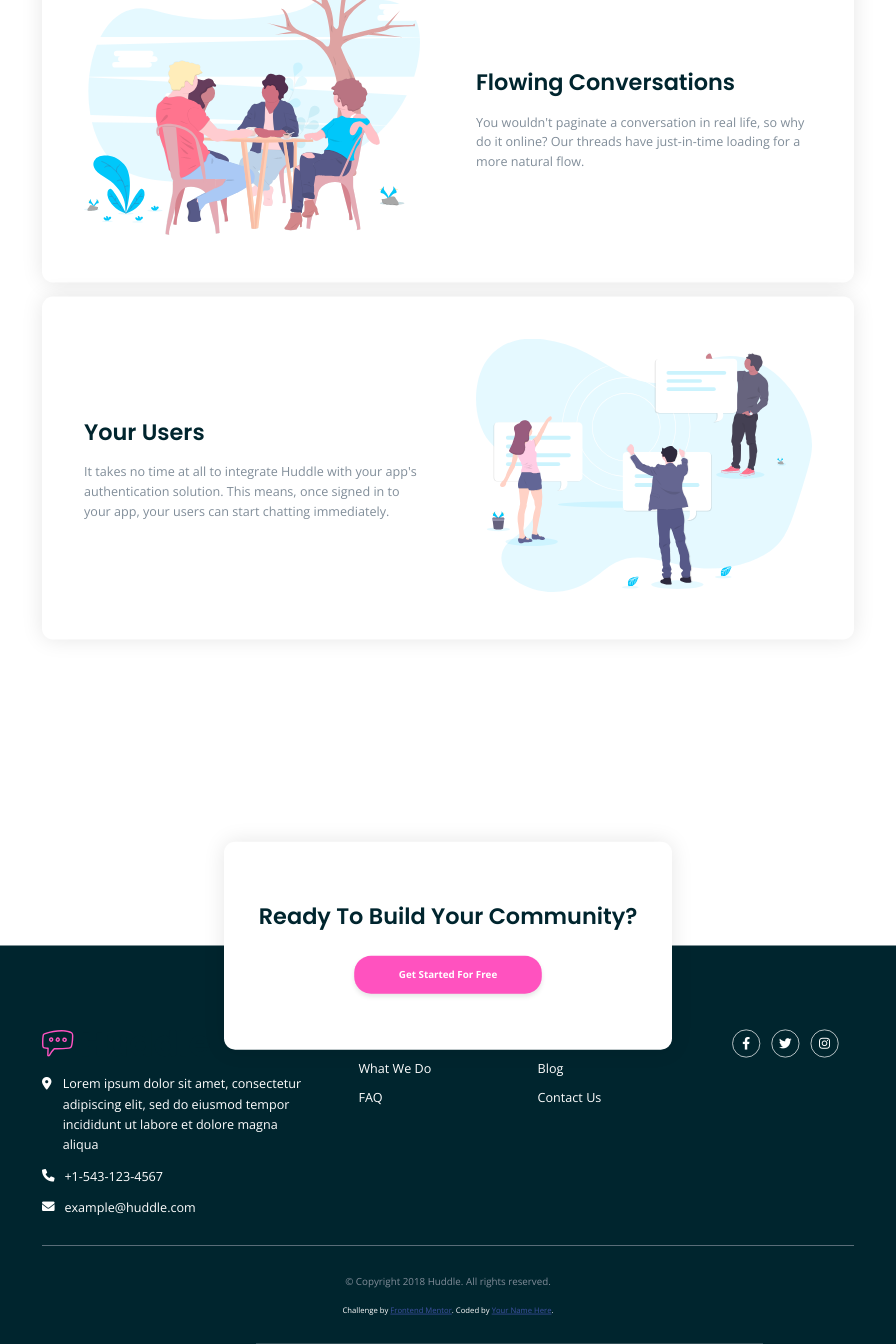
Repository: blordeus/huddle-landing-page
Page: index.html
These files come from the project's save history. The page is drawn as it stood at one moment and after the next save; the edit follows.
The browser window is 1280 px wide. The pictures show the part of the page from y = 1414 to 3334 px (the page is 3334 px tall), at 70% of full size.

Above is the page before, as saved 2025-07-01 11:16:55.

### index.html
<!DOCTYPE html>
<html lang="en">
<head>
  <meta charset="UTF-8">
  <meta name="viewport" content="width=device-width, initial-scale=1.0">
  <link rel="icon" type="image/png" sizes="32x32" href="./images/favicon-32x32.png">
  <title>Frontend Mentor | Huddle landing page with alternating feature blocks</title>

  <!-- Google Fonts -->
  <link rel="preconnect" href="https://fonts.googleapis.com">
  <link rel="preconnect" href="https://fonts.gstatic.com" crossorigin>
  <link href="https://fonts.googleapis.com/css2?family=Poppins:wght@600&family=Open+Sans:wght@400;700&display=swap" rel="stylesheet">
  <link rel="stylesheet" type="text/css" href="styles.css" />

  <!-- Font Awesome for social icons -->
  <link rel="stylesheet" href="https://cdnjs.cloudflare.com/ajax/libs/font-awesome/6.0.0/css/all.min.css">
</head>

<body>
  <!-- Header -->
  <header class="header">
    <div class="container">
      <div class="header-content">
        <img src="./images/logo.svg" alt="Logo">
        <a href="#" class="btn btn-outline">Try It Free</a>
      </div>
    </div>
  </header>

  <!-- Hero Section -->
  <section class="hero">
    <div class="container">
      <div class="hero-content">
        <div class="hero-text">
          <h1>Build The Community Your Fans Will Love</h1>
          <p>Huddle re-imagines the way we build communities. You have a voice, but so does your audience. Create connections with your users as you engage in genuine discussion.</p>
          <a href="#" class="btn">Get Started For Free</a>
        </div>
        <div class="hero-image">
          <img src="./images/illustration-mockups.svg" alt="Desktop and mobile chat interface showing community conversations">
        </div>
      </div>
    </div>
  </section>

  <!-- Features Section -->
  <section class="features">
    <div class="container">
      <div class="feature">
        <div class="feature-content">
          <h2>Grow Together</h2>
          <p>Generate meaningful discussions with your audience and build a strong, loyal community. Think of the insightful conversations you miss out on with a feedback form.</p>
        </div>
        <div class="feature-image">
          <img src="./images/illustration-grow-together.svg" alt="Illustration of people having meaningful conversations and building community">
        </div>
      </div>

      <div class="feature">
        <div class="feature-content">
          <h2>Flowing Conversations</h2>
          <p>You wouldn't paginate a conversation in real life, so why do it online? Our threads have just-in-time loading for a more natural flow.</p>
        </div>
        <div class="feature-image">
          <img src="./images/illustration-flowing-conversation.svg" alt="Illustration of natural flowing conversation interface with seamless chat threads">
        </div>
      </div>

      <div class="feature">
        <div class="feature-content">
          <h2>Your Users</h2>
          <p>It takes no time at all to integrate Huddle with your app's authentication solution. This means, once signed in to your app, your users can start chatting immediately.</p>
        </div>
        <div class="feature-image">
          <img src="./images/illustration-your-users.svg" alt="Illustration showing easy user authentication and immediate chat access">
        </div>
      </div>
    </div>
  </section>

  <!-- Call to Action -->
  <section class="cta">
    <div class="container">
      <h2>Ready To Build Your Community?</h2>
      <a href="#" class="btn">Get Started For Free</a>
    </div>
  </section>

  <!-- Footer -->
  <footer class="footer">
    <div class="container">
      <div class="footer-content">
        <div class="footer-info">
          <a href="#" class="footer-logo">
            <img src="./images/logo.svg" alt="">
          </a>
          <div class="contact-info">
            <div class="contact-item">
              <i class="fas fa-map-marker-alt"></i>
              <p>Lorem ipsum dolor sit amet, consectetur adipiscing elit, sed do eiusmod tempor incididunt ut labore et dolore magna aliqua</p>
            </div>
            <div class="contact-item">
              <i class="fas fa-phone"></i>
              <p>+1-543-123-4567</p>
            </div>
            <div class="contact-item">
              <i class="fas fa-envelope"></i>
              <p>example@huddle.com</p>
            </div>
          </div>
        </div>

        <div class="footer-links">
          <a href="#">About Us</a>
          <a href="#">What We Do</a>
          <a href="#">FAQ</a>
        </div>

        <div class="footer-links">
          <a href="#">Career</a>
          <a href="#">Blog</a>
          <a href="#">Contact Us</a>
        </div>

        <div class="social-icons">
          <a href="#" class="social-icon" aria-label="Facebook">
            <i class="fab fa-facebook-f"></i>
          </a>
          <a href="#" class="social-icon" aria-label="Twitter">
            <i class="fab fa-twitter"></i>
          </a>
          <a href="#" class="social-icon" aria-label="Instagram">
            <i class="fab fa-instagram"></i>
          </a>
        </div>
      </div>

      <div class="copyright">
        <p>&copy; Copyright 2018 Huddle. All rights reserved.</p>
      </div>
    </div>

    <p class="attribution">
      Challenge by <a href="https://www.frontendmentor.io?ref=challenge" target="_blank">Frontend Mentor</a>.
      Coded by <a href="#">Your Name Here</a>.
    </p>
  </footer>
</body>
</html>

### styles.css
    * {
      margin: 0;
      padding: 0;
      box-sizing: border-box;
    }

    body {
      font-family: 'Open Sans', sans-serif;
      font-size: 18px;
      line-height: 1.6;
      color: hsl(192, 100%, 9%);
    }

    .container {
      max-width: 1200px;
      margin: 0 auto;
      padding: 0 20px;
    }

    /* Header */
    .header {
      background: hsl(193, 100%, 96%);
      padding: 24px 0;
    }

    .header-content {
      display: flex;
      justify-content: space-between;
      align-items: center;
    }

    .header-content img {
      height: 40px;
    }

    .btn {
      background: hsl(322, 100%, 66%);
      color: white;
      border: none;
      padding: 12px 48px;
      border-radius: 24px;
      font-family: 'Open Sans', sans-serif;
      font-weight: 700;
      font-size: 14px;
      cursor: pointer;
      text-decoration: none;
      display: inline-block;
      transition: opacity 0.3s ease;
      box-shadow: 0 4px 8px rgba(0, 0, 0, 0.1);
    }

    .btn:hover {
      opacity: 0.8;
    }

    .btn-outline {
      background: white;
      box-shadow: 0 4px 8px rgba(0, 0, 0, 0.1);
      color: #00252E;
    }

    .btn-outline:hover {
      color: #808E9A;
    }

    /* Hero Section */
    .hero {
      background: hsl(199, 100%, 96%);
      background-image: url('./images/bg-hero.svg');
      background-size: cover;
      background-position: center;
      padding: 80px 0 120px;
    }

    .hero-content {
      display: grid;
      grid-template-columns: 1fr 1fr;
      gap: 80px;
      align-items: center;
    }

    .hero-text h1 {
      font-family: 'Poppins', sans-serif;
      font-weight: 600;
      font-size: 48px;
      line-height: 1.2;
      margin-bottom: 24px;
      color: hsl(192, 100%, 9%);
    }

    .hero-text p {
      font-size: 18px;
      color: hsl(192, 100%, 9%);
      margin-bottom: 32px;
      line-height: 1.6;
    }

    .hero-image {
      text-align: center;
    }

    .hero-image img {
      max-width: 100%;
      height: auto;
    }

    /* Features Section */
    .features {
      padding: 120px 0;
    }

    .feature {
      display: grid;
      grid-template-columns: 1fr 1fr;
      gap: 80px;
      align-items: center;
      margin-bottom: 20px;
      background: white;
      padding: 60px;
      border-radius: 16px;
      box-shadow: 0 0 30px rgba(0, 0, 0, 0.1);
    }

    .feature:nth-child(even) .feature-content {
      order: 2;
    }

    .feature:nth-child(even) .feature-image {
      order: 1;
    }

    .feature h2 {
      font-family: 'Poppins', sans-serif;
      font-weight: 600;
      font-size: 32px;
      margin-bottom: 16px;
      color: hsl(192, 100%, 9%);
    }

    .feature p {
      color: hsl(208, 11%, 55%);
      line-height: 1.6;
    }

    .feature-image {
      text-align: center;
    }

    .feature-image img {
      max-width: 100%;
      height: auto;
    }

    /* Call to Action */
    .cta {
      text-align: center;
      padding: 80px 0;
      background: white;
      width: 50%;
      margin: 0 auto;
      box-sizing: border-box;
      border-radius: 16px;
      box-shadow: 0 0 30px rgba(0, 0, 0, 0.1);
      position: relative;
      z-index: 2;
      transform: translateY(50%);
    }

    .cta a {
      background: hsl(322, 100%, 66%);
      color: white;
      padding: 16px 64px;
      border-radius: 24px;
      font-family: 'Open Sans', sans-serif;
      font-weight: 700;
      font-size: 14px;
      cursor: pointer;
      text-decoration: none;
      display: inline-block;
      transition: opacity 0.3s ease;
      box-shadow: 0 4px 8px rgba(0, 0, 0, 0.1);

    }

    .cta h2 {
      font-family: 'Poppins', sans-serif;
      font-weight: 600;
      font-size: 32px;
      margin-bottom: 32px;
      color: hsl(192, 100%, 9%);
    }

    /* Footer */
    .footer {
      background: hsl(192, 100%, 9%);
      color: white;
      padding: 120px 0 40px;
    }

    .footer-content {
      display: grid;
      grid-template-columns: 2fr 1fr 1fr 1fr;
      gap: 60px;
      margin-bottom: 40px;
    }

    .footer-logo {
      display: flex;
      align-items: center;
      gap: 8px;
      font-family: 'Poppins', sans-serif;
      font-weight: 600;
      font-size: 24px;
      color: white;
      text-decoration: none;
      margin-bottom: 24px;
    }

    .footer-logo .logo-icon {
      background: white;
      color: hsl(322, 100%, 66%);
    }

    .contact-info {
      display: flex;
      flex-direction: column;
      gap: 16px;
    }

    .contact-item {
      display: flex;
      align-items: flex-start;
      gap: 16px;
    }

    .contact-item i {
      margin-top: 4px;
      width: 16px;
    }

    .footer-links {
      display: flex;
      flex-direction: column;
      gap: 12px;
    }

    .footer-links a {
      color: white;
      text-decoration: none;
      transition: color 0.3s ease;
    }

    .footer-links a:hover {
      color: hsl(322, 100%, 66%);
    }

    .social-icons {
      display: flex;
      gap: 16px;
      justify-content: center;
    }

    .social-icon {
      width: 40px;
      height: 40px;
      border: 1px solid white;
      border-radius: 50%;
      display: flex;
      align-items: center;
      justify-content: center;
      color: white;
      text-decoration: none;
      transition: all 0.3s ease;
    }

    .social-icon:hover {
      color: hsl(322, 100%, 66%);
      border-color: hsl(322, 100%, 66%);
    }

    .copyright {
      text-align: center;
      font-size: 14px;
      color: hsl(208, 11%, 55%);
      padding-top: 40px;
      border-top: 1px solid hsl(208, 11%, 55%);
    }

    .attribution {
      font-size: 11px;
      text-align: center;
      margin-top: 20px;
    }

    .attribution a {
      color: hsl(228, 45%, 44%);
    }

    /* Responsive Design */
    @media (max-width: 768px) {
      .container {
        padding: 0 16px;
      }

      .hero {
        background-image: url('./images/bg-hero.svg');
      }

      .header-content {
        flex-direction: column;
        gap: 20px;
      }

      .hero-content {
        grid-template-columns: 1fr;
        gap: 40px;
        text-align: center;
      }

      .hero-text h1 {
        font-size: 32px;
      }

      .feature {
        grid-template-columns: 1fr;
        gap: 40px;
        padding: 40px 20px;
        text-align: center;
      }

      .feature:nth-child(even) .feature-content,
      .feature:nth-child(even) .feature-image {
        order: unset;
      }

      .footer-content {
        grid-template-columns: 1fr;
        gap: 40px;
        text-align: center;
      }

      .social-icons {
        justify-content: center;
      }

      .cta {
        margin: 0 16px;
        padding: 40px 20px;
      }

      .cta h2 {
        font-size: 24px;
      }
    }

After the next save:
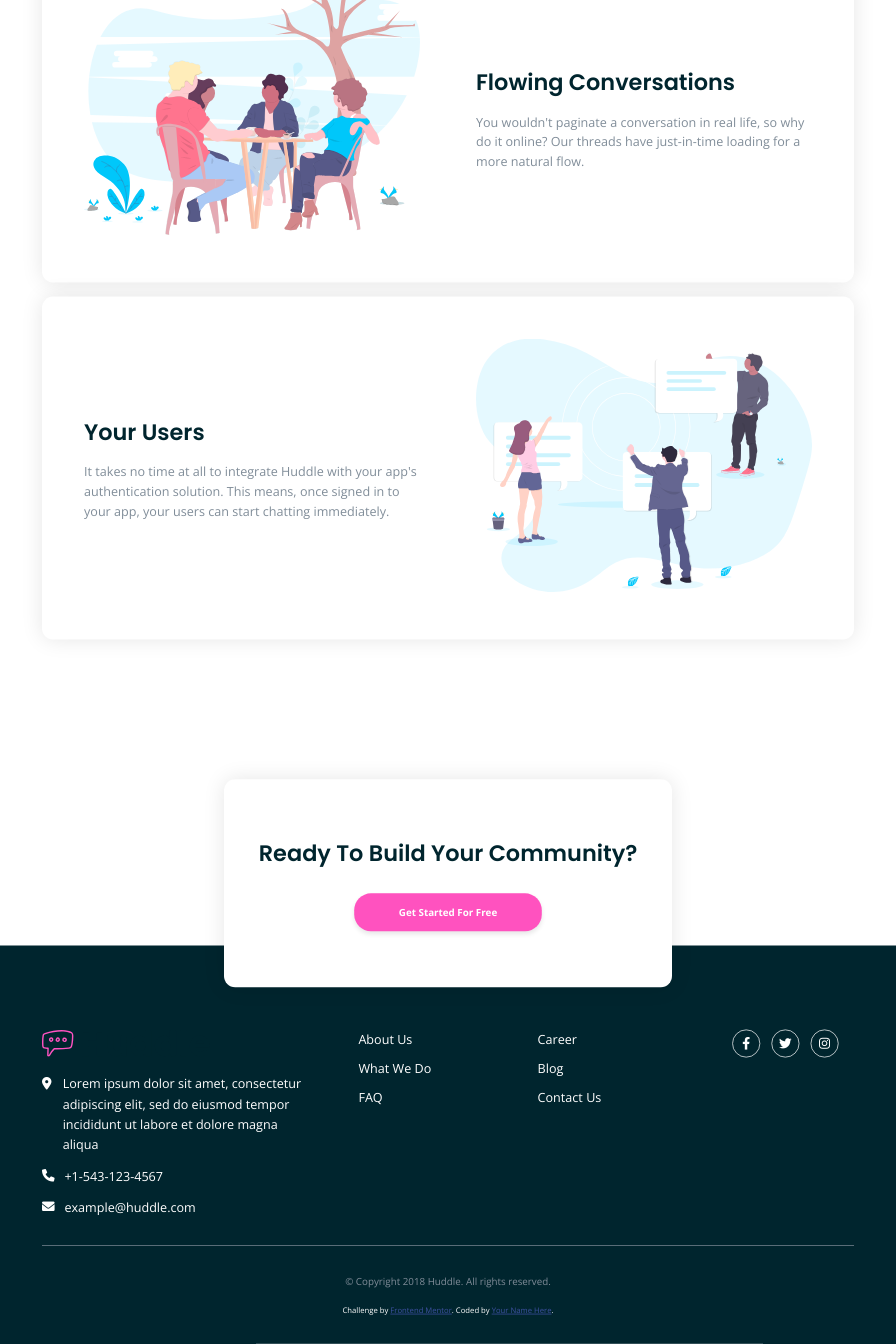
Saved 19 s later.
--- a/styles.css
+++ b/styles.css
@@ -163,7 +163,7 @@
       box-shadow: 0 0 30px rgba(0, 0, 0, 0.1);
       position: relative;
       z-index: 2;
-      transform: translateY(50%);
+      transform: translateY(20%);
     }
 
     .cta a {
